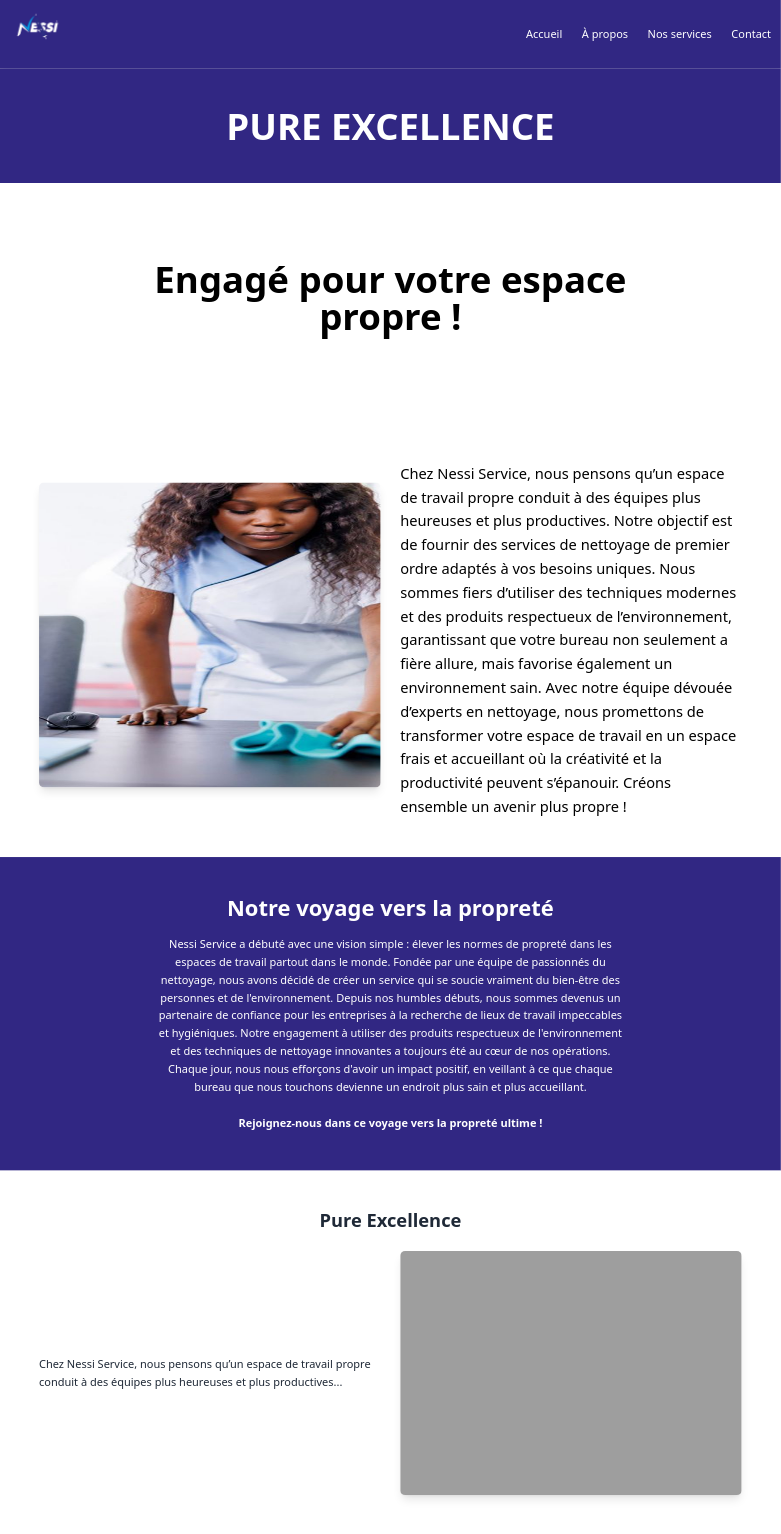
Repository: MDiouf9/Nessi
Page: /About
The author's editor kept a copy of each file at every save. The page is drawn from the files as they stood at one save, then again after the next save.
The browser window is 1280 px wide. The pictures show the whole page, at 61% of full size.
Pictures or frames that could not be fetched are drawn as grey boxes. The project was rebuilt for these pictures with package versions that can differ from the ones it lists, and the page was loaded fresh each time. Also part of the build but not shown: vite.config.js, src/Global.css, src/App.css, src/components/Footer.jsx, src/Pages/Home.jsx, src/Pages/NotFound.jsx, src/components/Countries.jsx, src/Pages/Services.jsx and 1 more.

Above is the page before, as saved 2025-03-10 18:30:01.

After the next save:
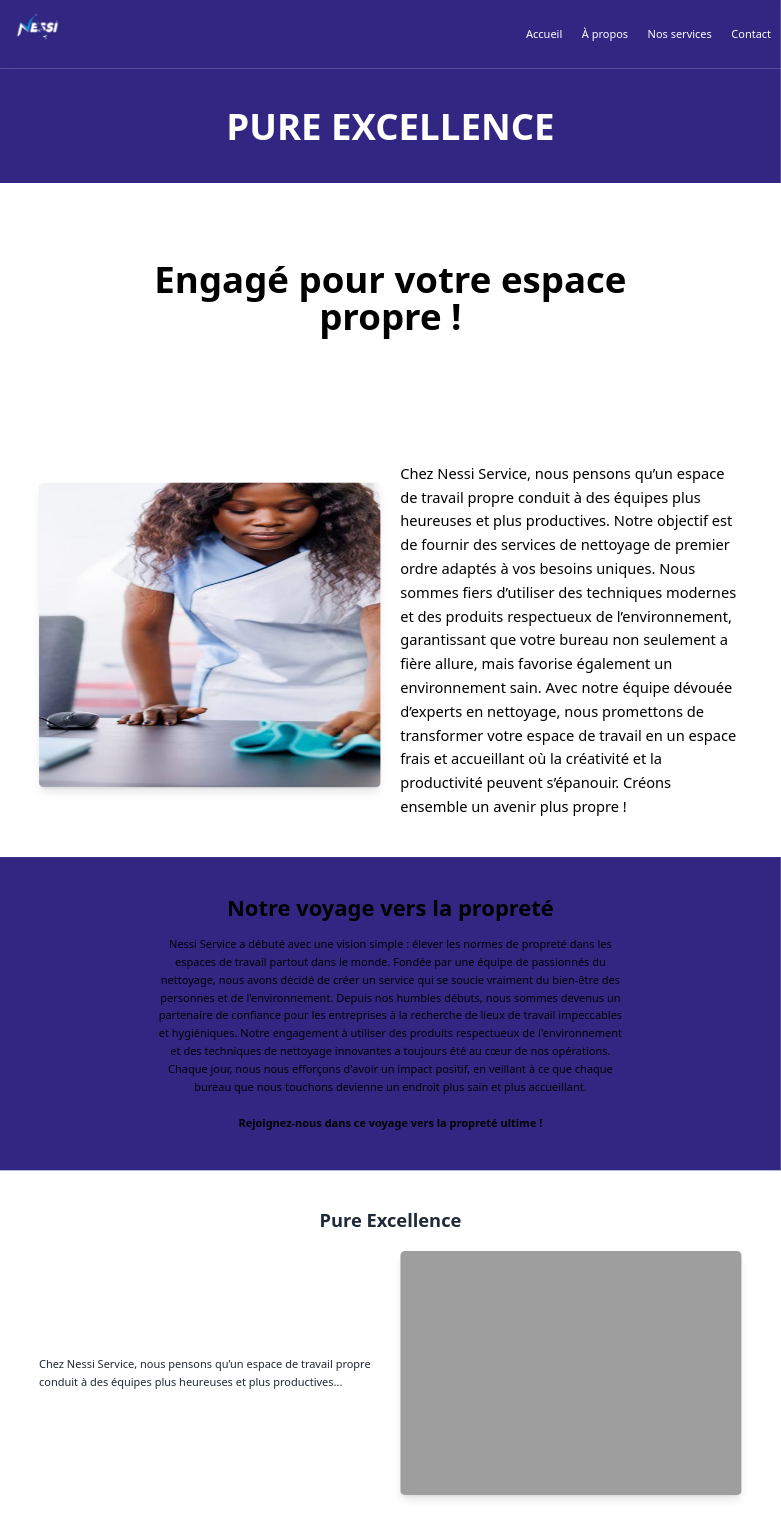
Saved 44 s later.
--- a/src/components/SectionTexte.jsx
+++ b/src/components/SectionTexte.jsx
@@ -1,6 +1,6 @@
 const OurJourneySection = () => {
     return (
-      <section className="bg-[#312783] text-white py-16 px-6 md:px-16">
+      <section className="bg-[#312783] text-black py-16 px-6 md:px-16">
         <div className="container mx-auto text-center">
           {/* Titre */}
           <h2 className="text-4xl font-bold mb-6">Notre voyage vers la propreté</h2>
